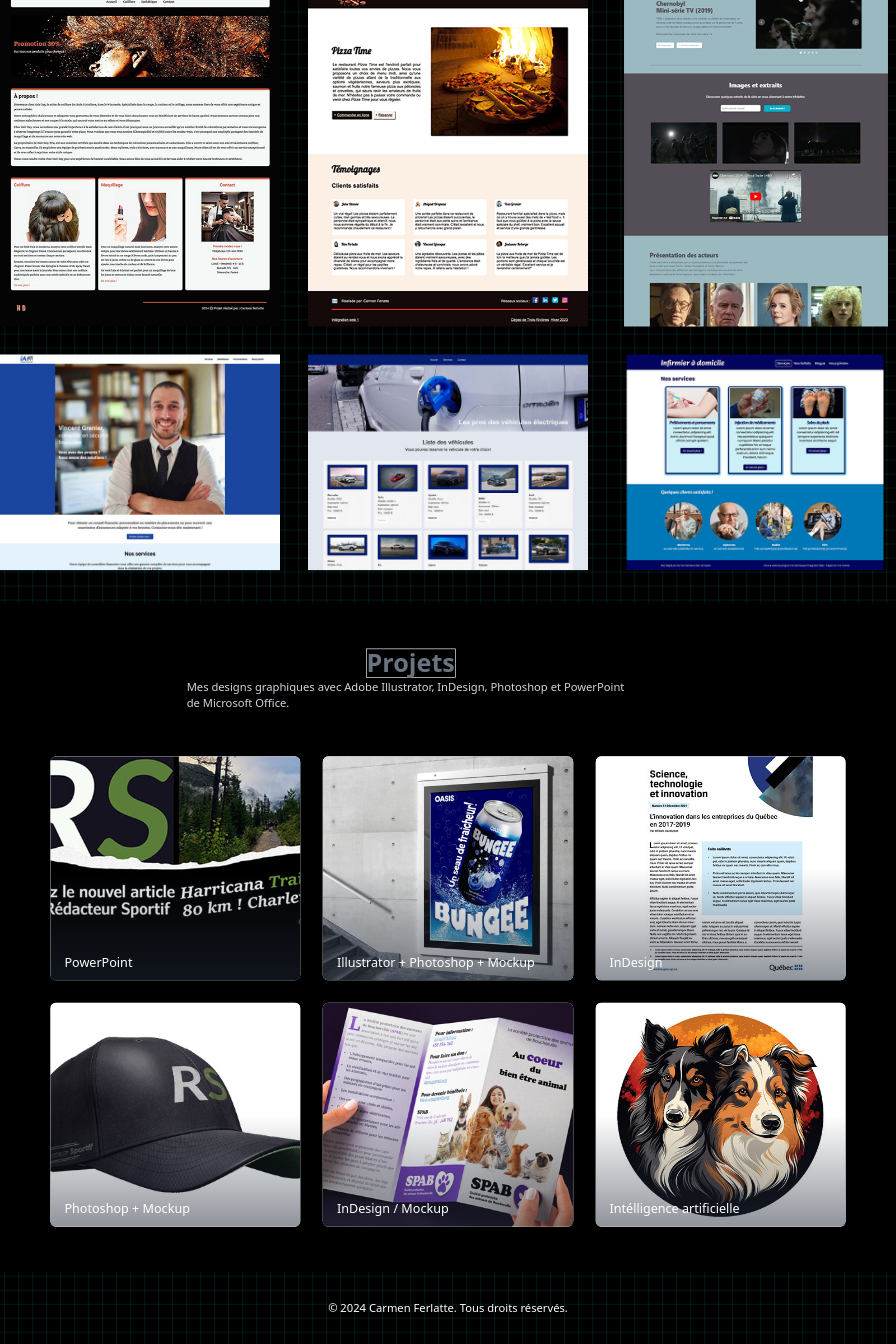
Repository: CarmenFerlatte/TP3__FerlatteCarmen
Page: realisations.html
These files come from the project's save history. The page is drawn as it stood at one moment and after the next save; the edit follows.
The browser window is 1280 px wide. The pictures show the part of the page from y = 1079 to 2999 px (the page is 2999 px tall before and 2995 px after), at 70% of full size.
Some web libraries are served in a nearby version. The style sheet was rebuilt from its Sass, Less or Tailwind sources for each picture, by a compiler version that may differ from the author's.

Above is the page before, as saved 2024-08-22 11:40:00.
Console error: TypeError: Cannot read properties of null (reading 'addEventListener')

After the next save:
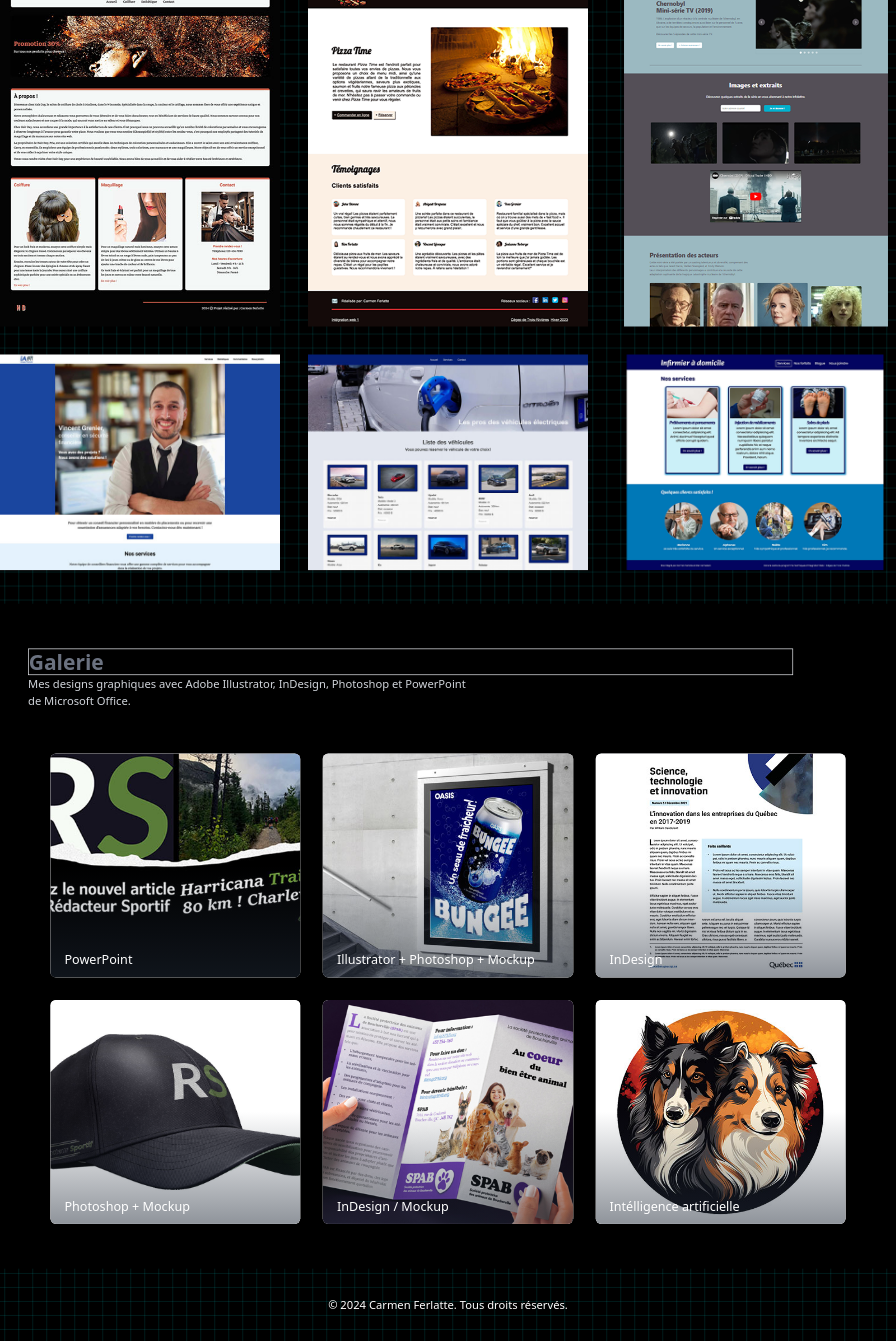
Saved 11 s later.
--- a/realisations.html
+++ b/realisations.html
@@ -109,12 +109,12 @@
     <section class="dark:bg-gray-800 h-full">
 
         <div class="w-11/12 px-10 my-16">
-            <div class="flex flex-col items-center justify-center">
-                <h2 class="text-3xl md:text-4xl font-bold text-gray-500 dark:text-white border">Projets</h2>
-                <p class="hidden max-w-screen-sm text-1xl text-gray-300 dark:text-gray-300 md:block">
-                    Mes designs graphiques avec Adobe Illustrator, InDesign, Photoshop et PowerPoint de Microsoft Office.
-
-            </div>
+
+            <h2 id="galerie" class="text-3xl md-text-4xl font-bold text-gray-500 dark:text-white border">Galerie</h2>
+
+            <p class="hidden max-w-screen-sm text-1xl text-gray-300 dark:text-gray-300 md:block">
+                Mes designs graphiques avec Adobe Illustrator, InDesign, Photoshop et PowerPoint de Microsoft Office.
+            </p>
         </div>
     <div class="mx-auto h-auto max-w-screen-2xl px-4 md:px-8 mb-16 mt-auto">
 
